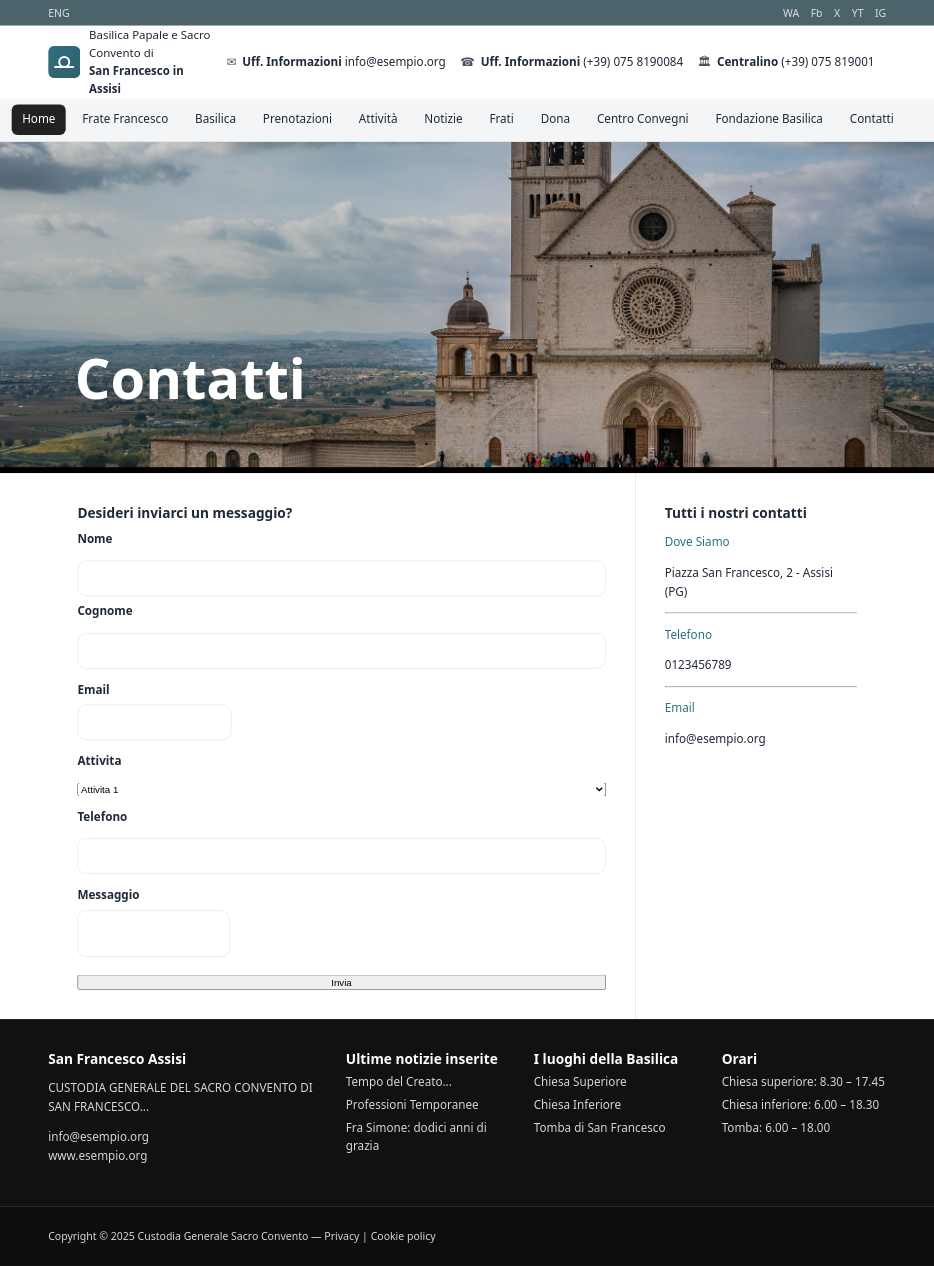
Repository: leacappello/basilica-platform-project
Page: pages/contatti.html
The author's editor kept a copy of each file at every save. The page is drawn from the files as they stood at one save, then again after the next save.
The browser window is 1280 px wide. The pictures show the whole page, at 73% of full size.

Above is the page before, as saved 2025-09-17 09:52:46.
Console error (its wording comes from the project's code and is left out).

### pages/contatti.html
<!DOCTYPE html>
<html lang="it" class="no-js">

<head>
    <meta charset="utf-8" />
    <meta name="viewport" content="width=device-width, initial-scale=1" />
    <meta name="description"
        content="Basilica — Portale gemello (look & feel dimostrativo, contenuti e immagini originali)">
    <title>Basilica — Progetto gemello</title>

    <!-- Foglio di stile principale -->
    <link rel="stylesheet" href="../assets/styles.css" />

    <!-- Se JS è attivo, rimuoviamo la classe .no-js (utile per fallback menu) -->
    <script>document.documentElement.classList.remove('no-js');</script>
</head>

<body>

    <!-- ======================================================================
       TOPBAR: lingua + social (banda superiore sottile)
       ====================================================================== -->
    <div class="topbar">
        <div class="container topbar__inner">
            <div class="topbar__lang">
                <a href="#" aria-label="Versione in inglese">ENG</a>
            </div>
            <div class="topbar__social" aria-label="Social">
                <a href="#" aria-label="WhatsApp" title="WhatsApp">WA</a>
                <a href="#" aria-label="Facebook" title="Facebook">Fb</a>
                <a href="#" aria-label="X" title="X">X</a>
                <a href="#" aria-label="YouTube" title="YouTube">YT</a>
                <a href="#" aria-label="Instagram" title="Instagram">IG</a>
            </div>
        </div>
    </div>

    <!-- ======================================================================
       HEADER (masthead): logo + contatti rapidi + hamburger mobile
       Sticky con nav principale subito sotto
       ====================================================================== -->
    <header class="masthead">
        <div class="container masthead__inner">
            <!-- BRAND: logo + denominazione (il logo è decorativo; il nome è testuale) -->
            <a class="brand" href="#home" aria-label="Vai alla Home">
                <img src="images/logo.svg" alt="" class="brand__logo" aria-hidden="true" />
                <span class="brand__name">
                    Basilica Papale e Sacro Convento di<br />
                    <strong>San Francesco in Assisi</strong>
                </span>
            </a>

            <!-- CONTATTI RAPIDI: tre blocchi -->
            <ul class="masthead__contacts" aria-label="Contatti rapidi">
                <li>
                    <span class="ic" aria-hidden="true">✉</span>
                    <div>
                        <strong>Uff. Informazioni</strong>
                        <a href="mailto:info@esempio.org">info@esempio.org</a>
                    </div>
                </li>
                <li>
                    <span class="ic" aria-hidden="true">☎</span>
                    <div>
                        <strong>Uff. Informazioni</strong>
                        <a href="tel:+390758190084">(+39) 075 8190084</a>
                    </div>
                </li>
                <li>
                    <span class="ic" aria-hidden="true">🏛</span>
                    <div>
                        <strong>Centralino</strong>
                        <a href="tel:+39075819001">(+39) 075 819001</a>
                    </div>
                </li>
            </ul>

            <!-- HAMBURGER per mobile -->
            <button id="menu-button" class="menu-button" aria-controls="primary-nav" aria-expanded="false">
                <span class="sr-only">Apri/chiudi menu</span>
                <span aria-hidden="true" class="menu-icon"></span>
            </button>
        </div>

        <!-- NAV PRINCIPALE (mega-nav semplificato con sottomenù a tendina) -->
        <nav id="primary-nav" class="nav" aria-label="Navigazione principale">
            <ul class="nav__root">
                <li class="is-active"><a href="#home">Home</a></li>

                <li class="has-sub">
                    <a href="#frate">Frate Francesco</a>
                    <ul class="nav__sub">
                        <li><a href="#">Storia di un santo</a></li>
                        <li><a href="#">Scritti</a></li>
                    </ul>
                </li>

                <li class="has-sub">
                    <a href="#basilica">Basilica</a>
                    <ul class="nav__sub">
                        <li><a href="#">Chiesa superiore</a></li>
                        <li><a href="#">Chiesa inferiore</a></li>
                        <li><a href="#">Cripta</a></li>
                    </ul>
                </li>

                <li class="has-sub">
                    <a href="#prenotazioni">Prenotazioni</a>
                    <ul class="nav__sub">
                        <li><a href="#">Visite individuali</a></li>
                        <li><a href="#">Gruppi</a></li>
                    </ul>
                </li>

                <li class="has-sub">
                    <a href="#attivita">Attività</a>
                    <ul class="nav__sub">
                        <li><a href="#">Pastorale</a></li>
                        <li><a href="#">Cultura</a></li>
                    </ul>
                </li>

                <li><a href="#notizie">Notizie</a></li>

                <li class="has-sub">
                    <a href="#frati">Frati</a>
                    <ul class="nav__sub">
                        <li><a href="#">Comunità</a></li>
                    </ul>
                </li>

                <li class="has-sub">
                    <a href="#dona">Dona</a>
                    <ul class="nav__sub">
                        <li><a href="#">Come donare</a></li>
                    </ul>
                </li>

                <li><a href="#centro">Centro Convegni</a></li>
                <li><a href="#fondazione">Fondazione Basilica</a></li>
                <li><a href="#contatti">Contatti</a></li>
            </ul>
        </nav>
    </header>

    <!-- ======================================================================
       HERO: slider immagini + titolo
       ====================================================================== -->
    <div class="main-content">

        <section id="home" class="hero" aria-label="Sezione introduttiva">
            <div class="hero__slides">
                <figure class="hero__slide is-active">
                    <img src="../images/hero-1.jpg" alt="Affreschi della Basilica" loading="eager">
                    <figcaption>
                        <h1>Contatti <span class="accent">
                            </span></h1>
                    </figcaption>
                </figure>
            </div>
        </section>
       <!-- sezione contatti -->
        <section>
            <div class="container">
                <div class="container-col">
                    <!-- form contaatti -->
                    <div class="container-form">
                        <h3>Desideri inviarci un messaggio?</h3>
                        <form class="form-container">
                            <!-- nome -->
                            <div class="column">
                                <label for="nome">Nome</label>
                                <input type="text" id="nome" name="nome">

                                <label for="cognome">Cognome</label>
                                <input type="text" id="cognome" name="cognome">
                            </div>
                            <!-- email -->
                                                        <div>
                                <label for="email">Email</label>
                                <input type="email" id="email" name="email">
                            </div>
                            <!-- select con attività -->
                            <div class="column">
                                <label for="attivita">Attivita</label>
                                <select id="attivita" name="attivita">
                                    <option value="attivita1">Attivita 1</option>
                                    <option value="attivita2">Attivita 2</option>
                                    <option value="attivita3">Attivita 3</option>
                                </select>
                            </div>
                            <!-- telefono -->
                           <div class="column">
                                <label for="telefono">Telefono</label>
                                <input type="tel" id="telefono" name="telefono">
                            </div>
                            <div>
                                <label for="messaggio">Messaggio</label>
                                <textarea id="messaggio" name="messaggio"></textarea>
                            </div>

                            <button type="submit">Invia</button>
                        </form>
                    </div>
                    <!-- informazioni varie -->
                    <div class="container-info">
                        <h3>Tutti i nostri contatti</h3>
                        <p class="accent">Dove Siamo</p>
                        <p>Piazza San Francesco, 2 - Assisi (PG)</p>
                        <hr>
                        <p class="accent">Telefono</p>
                        <p>0123456789</p>
                        <hr>
                        <p class="accent">Email</p>
                        <p>info@esempio.org</p>
                    </div>
                </div>
            </div>
        </section>
       <!-- sezione contatti -->
    </div>


    <!-- ======================================================================
       FOOTER “mega”: 4 colonne + riga legale con anno dinamico
       ====================================================================== -->
    <footer class="site-footer" role="contentinfo">
        <div class="container footer__grid">
            <section>
                <h3 class="footer__title">San Francesco Assisi</h3>
                <p>CUSTODIA GENERALE DEL SACRO CONVENTO DI SAN FRANCESCO...</p>
                <p>
                    <a href="mailto:info@esempio.org">info@esempio.org</a><br>
                    <a href="https://www.esempio.org">www.esempio.org</a>
                </p>
            </section>

            <section>
                <h3 class="footer__title">Ultime notizie inserite</h3>
                <ul class="footer__list">
                    <li><a href="#">Tempo del Creato...</a></li>
                    <li><a href="#">Professioni Temporanee</a></li>
                    <li><a href="#">Fra Simone: dodici anni di grazia</a></li>
                </ul>
            </section>

            <section>
                <h3 class="footer__title">I luoghi della Basilica</h3>
                <ul class="footer__list">
                    <li><a href="#">Chiesa Superiore</a></li>
                    <li><a href="#">Chiesa Inferiore</a></li>
                    <li><a href="#">Tomba di San Francesco</a></li>
                </ul>
            </section>

            <section>
                <h3 class="footer__title">Orari</h3>
                <ul class="footer__list">
                    <li>Chiesa superiore: 8.30 – 17.45</li>
                    <li>Chiesa inferiore: 6.00 – 18.30</li>
                    <li>Tomba: 6.00 – 18.00</li>
                </ul>
            </section>
        </div>

        <div class="footer__legal">
            <div class="container">
                <p>Copyright © <span id="year"></span> Custodia Generale Sacro Convento — <a href="#">Privacy</a> | <a
                        href="#">Cookie policy</a></p>
            </div>
        </div>
    </footer>

    <!-- Script frontend: toggle menu, slider, evidenziazione link, anno -->
    <script src="../assets/script.js"></script>
</body>

</html>

### assets/styles.css
/* ==========================================================================
   STILE PRINCIPALE — Basilica Twin (frontend fedele, leggero, accessibile)
   - Palette teal/slate ispirata
   - Layout con Grid/Flex, breakpoint tablet/mobile
   - Componenti: topbar, masthead, nav con sottomenù, hero+cards, eventi,
                 cards notizie, stats overlay, footer mega
   ========================================================================== */

/* ============== Token / Reset ============== */
:root{
  --bg:#ffffff; --fg:#1f2937; --muted:#6b7280;
  --brand:#3b5961;
  --brand-700:#2f474e;
  --accent:#315f6b;
  --surface:#f5f7f9;
  --border:#e5e7eb;

  --container:1180px;
  --radius:12px;
  --shadow:0 8px 24px rgba(0,0,0,.12);

  --space-2:.5rem; --space-3:.75rem; --space-4:1rem;
  --space-6:1.5rem; --space-8:2rem; --space-10:2.5rem;

  --fs-sm:.9rem; --fs-base:1rem; --fs-lg:1.125rem;
  --fs-xl:1.5rem; --fs-2xl:2rem; --lh:1.6;

  --header-h:64px;
}

*{box-sizing:border-box}
html,body{margin:0}
body{
  font:400 var(--fs-base)/var(--lh) ui-sans-serif,system-ui,-apple-system,"Segoe UI",Roboto,Arial;
  color:var(--fg); background:var(--bg);
}
h1,h2,h3{margin:.25rem 0 var(--space-3); line-height:1.2}
h1{font-size:clamp(2rem,5vw,3rem)}
h2{font-size:clamp(1.5rem,3.5vw,2.25rem)}
a{color:inherit; text-decoration:none}
a:hover{text-decoration:underline}
.muted{color:var(--muted)}
.accent{color:#2f6f80}

.container{max-width:var(--container);margin-inline:auto;padding-inline:var(--space-4)}
.section{padding-block:var(--space-10)}
.sr-only{position:absolute;width:1px;height:1px;overflow:hidden;clip:rect(0,0,0,0);white-space:nowrap}

/* ============== Topbar ============== */
.topbar{background:#4b636b;color:#e6eef1;font-size:var(--fs-sm)}
.topbar__inner{display:flex;justify-content:space-between;align-items:center;padding-block:6px}
.topbar a{color:#e6eef1;opacity:.9}
.topbar a:hover{opacity:1}
.topbar__social a{margin-left:12px}

/* ============== Masthead (logo+contatti+hamburger) ============== */
.masthead{background:#fff;border-bottom:1px solid var(--border);position:sticky;top:0;z-index:30}
.masthead__inner{
  display:grid;grid-template-columns:1fr auto auto;gap:1rem;align-items:center;min-height:var(--header-h)
}
.brand{display:flex;align-items:center;gap:.75rem;text-decoration:none}
.brand__logo{width:44px;height:44px;object-fit:contain}
.brand__name{font-size:.98rem}
.masthead__contacts{list-style:none;display:flex;gap:1.25rem;margin:0;padding:0}
.masthead__contacts li{display:flex;gap:.5rem;align-items:center}
.ic{font-style:normal;opacity:.8}

/* Hamburger (mobile only) */
.menu-button{display:none;background:transparent;border:0;cursor:pointer}
.menu-icon{width:24px;height:2px;background:var(--fg);display:inline-block;position:relative}
.menu-icon::before,.menu-icon::after{content:"";position:absolute;left:0;width:24px;height:2px;background:var(--fg)}
.menu-icon::before{top:-6px}.menu-icon::after{top:6px}

/* ============== Nav (root + submenu) ============== */
.nav{background:#f3f5f6}
.nav__root{display:flex;gap:.5rem;list-style:none;margin:0;padding:.5rem var(--space-4)}
.nav__root>li>a{display:block;padding:.5rem .9rem;border-radius:8px}
.nav__root>li.is-active>a{background:#222;color:#fff}
.nav a[aria-current="page"]{background:#222;color:#fff;border-radius:8px}

/* Sottomenù desktop (hover) */
.has-sub{position:relative}
.has-sub>.nav__sub{
  display:none;position:absolute;left:0;top:calc(100% + 6px);
  min-width:240px;background:#fff;border:1px solid var(--border);
  border-radius:10px;box-shadow:var(--shadow);padding:.5rem
}
.has-sub:hover>.nav__sub{display:block}
.nav__sub{list-style:none;margin:0}
.nav__sub a{display:block;padding:.5rem .75rem;border-radius:6px}
.nav__sub a:hover{background:#f7f7f9}

/* ============== Hero (slider + overlay cards) ============== */
.hero{position:relative;background:#000;color:#fff}
.hero__slides{position:relative;overflow:hidden}
.hero__slide{display:none;margin:0}
.hero__slide.is-active{display:block}
.hero__slide img{width:100%;height:62vh;min-height:420px;object-fit:cover;opacity:.9}
.hero__slide figcaption{position:absolute;left:8%;bottom:16%;max-width:700px}
.hero__slide h1{font-size:clamp(2.5rem,6vw,5rem);font-weight:600}
.pill{
  display:inline-block;margin-top:.75rem;padding:.45rem .9rem;
  background:rgba(255,255,255,.18);border-radius:999px;color:#e9f1f3;font-size:1.25rem
}

/* Controlli slider */
.hero__ctrl{
  position:absolute;top:50%;transform:translateY(-50%);
  background:rgba(0,0,0,.35);color:#fff;border:0;border-radius:999px;
  width:40px;height:40px;cursor:pointer
}
.hero__ctrl.prev{left:14px}
.hero__ctrl.next{right:14px}

/* Overlay 4 card */
.hero__overlay{position:relative}
.hero__cards{
  display:grid;grid-template-columns:repeat(4,1fr);gap:1rem;margin-top:-70px
}
.card{
  background:#526e76;color:#ecf1f3;padding:1.1rem;border-radius:14px;box-shadow:var(--shadow)
}
.card h3{margin:.1rem 0 .35rem}
.card .btn{margin-top:.5rem}

/* ============== Buttons ============== */
.btn{
  display:inline-block;font-weight:600;border:0;border-radius:10px;
  padding:.65rem 1rem;cursor:pointer;text-decoration:none
}
.btn--primary{background:var(--brand);color:#fff}
.btn--primary:hover{background:var(--brand-700)}
.btn--ghost{background:transparent;color:#fff;border:1px solid rgba(255,255,255,.7)}
.btn--ghost:hover{background:rgba(255,255,255,.12)}

/* ============== Eventi a 2 colonne ============== */
.grid-2{display:grid;grid-template-columns:2fr 1.2fr;gap:2rem}
.eyebrow{color:var(--muted);letter-spacing:.06em;text-transform:uppercase;font-size:.85rem}
.media img{width:100%;border-radius:12px}

.events{list-style:none;margin:0;padding:0;display:grid;gap:1rem}
.events li{
  display:grid;grid-template-columns:70px 1fr;gap:1rem;align-items:start;
  border-bottom:1px solid var(--border);padding-bottom:1rem
}
.date{
  width:70px;background:#315f6b;color:#fff;border-radius:8px;
  display:grid;place-items:center;padding:.35rem 0
}
.date span{font-size:1.4rem;font-weight:700;line-height:1}
.date small{opacity:.8}

/* ============== Cards 3 (notizie/progetti) ============== */
.cards-3{display:grid;grid-template-columns:repeat(3,1fr);gap:1.2rem}
.post{
  background:#fff;border:1px solid var(--border);border-radius:12px;
  overflow:hidden;display:flex;flex-direction:column
}
.post img{width:100%;aspect-ratio:16/9;object-fit:cover}
.post__body{padding:1rem;display:grid;gap:.5rem}
.badge{
  display:inline-flex;align-items:center;gap:.5rem;background:#e6eef1;
  border-radius:8px;padding:.25rem .5rem;color:#2f4f59;font-weight:700
}
.post__title{font-weight:700;text-decoration:none}
.readmore{font-weight:600;color:var(--accent);text-decoration:none}

/* ============== Stats (background con overlay scuro fisso) ============== */
.stats{
  background:url('../images/hero-1.jpg') center/cover no-repeat fixed;
  position:relative;color:#e9eef1
}
.stats::before{content:"";position:absolute;inset:0;background:rgba(22,32,41,.65)}
.stats__grid{
  position:relative;display:grid;grid-template-columns:repeat(4,1fr);
  gap:2rem;padding-block:3rem
}
.stats__grid .n{font-size:2.25rem;font-weight:800}

/* ============== Footer “mega” ============== */
.site-footer{background:#111;color:#d6d6d6}
.footer__grid{display:grid;grid-template-columns:2fr 1.2fr 1.2fr 1.2fr;gap:2rem;padding-block:2.5rem}
.footer__title{color:#fff;margin-bottom:.5rem}
.footer__list{list-style:none;margin:0;padding:0;display:grid;gap:.35rem}
.footer__legal{border-top:1px solid #333;background:#0d0d0d;font-size:.9rem}
.footer__legal .container{padding-block:.9rem}
.center{text-align:center}
.mt-4{margin-top:var(--space-4)}

/* ============== Responsive ============== */
@media (max-width: 1024px){
  .masthead__inner{grid-template-columns:1fr auto auto}
  .hero__cards{grid-template-columns:repeat(2,1fr);margin-top:-50px}
  .grid-2{grid-template-columns:1fr}
  .cards-3{grid-template-columns:1fr 1fr}
}
@media (max-width: 768px){
  .masthead__contacts{display:none}
  .menu-button{display:inline-block}
  .nav{display:none}
  .nav[data-open="true"]{display:block}
  .nav__root{flex-direction:column}
  .hero__cards{grid-template-columns:1fr;margin-top:-30px}
  .cards-3{grid-template-columns:1fr}
  .stats__grid{grid-template-columns:1fr 1fr}
}
@media (max-width: 480px){
  .stats__grid{grid-template-columns:1fr}
}

/* ============== No-JS fallback ============== */
.no-js .nav{display:block}

/* ============== Tabella Orari ============== */
.tabella-orari{
  width:100%;
  border-collapse:collapse;
}
.orari th,.orari td{
  padding:.5rem;
  border-bottom:1px solid var(--border);
  text-align: left;
}

.titolo-orari{
  margin-top: 30px; font-size: 1.5rem;
  margin-bottom:.5rem;
  border-bottom:1px solid var(--border);
  padding-bottom:.5rem
}
/* ============== Tabella Orari ============== */


/* ============== contatti ============== */
.container-col{
  display:flex;
}
.container-form{
  width: 70%;
  padding: var(--space-10);
}
.container-info{
  width: 30%;
  padding: var(--space-10);
  border-left: 1px solid var(--border);
}

form{
  display:flex;
  flex-direction: column;
  gap: var(--space-4);
}

input, textarea{
  padding: var(--space-4);
  border-radius: var(--radius);
  border: 1px solid var(--border);
  resize: none;
}

input[type="submit"]{
  background-color: var(--accent);
  color: #fff;
  cursor: pointer;
}

label{
  display: block;
  font-weight: 600;
  margin-bottom: var(--space-2);
  }

.form-container {
  display: flex;
  flex-direction: column; /* Organizza gli elementi in colonna */
  gap: 1rem; /* Aggiunge spazio tra gli elementi */
  width: 100%; /* Assicura che il contenitore occupi tutta la larghezza disponibile */
}

.column {
  flex: 1; /* Fa sì che le colonne occupino uno spazio uguale */
  display: flex; /* Per permettere il posizionamento dei campi all'interno della colonna */
  flex-direction: column;
  gap: 0.5rem; /* Spazio tra i campi all'interno della colonna */
}

/* ============== contatti ============== */

Loaded but not shown: assets/script.js (113 lines, source omitted)

After the next save:
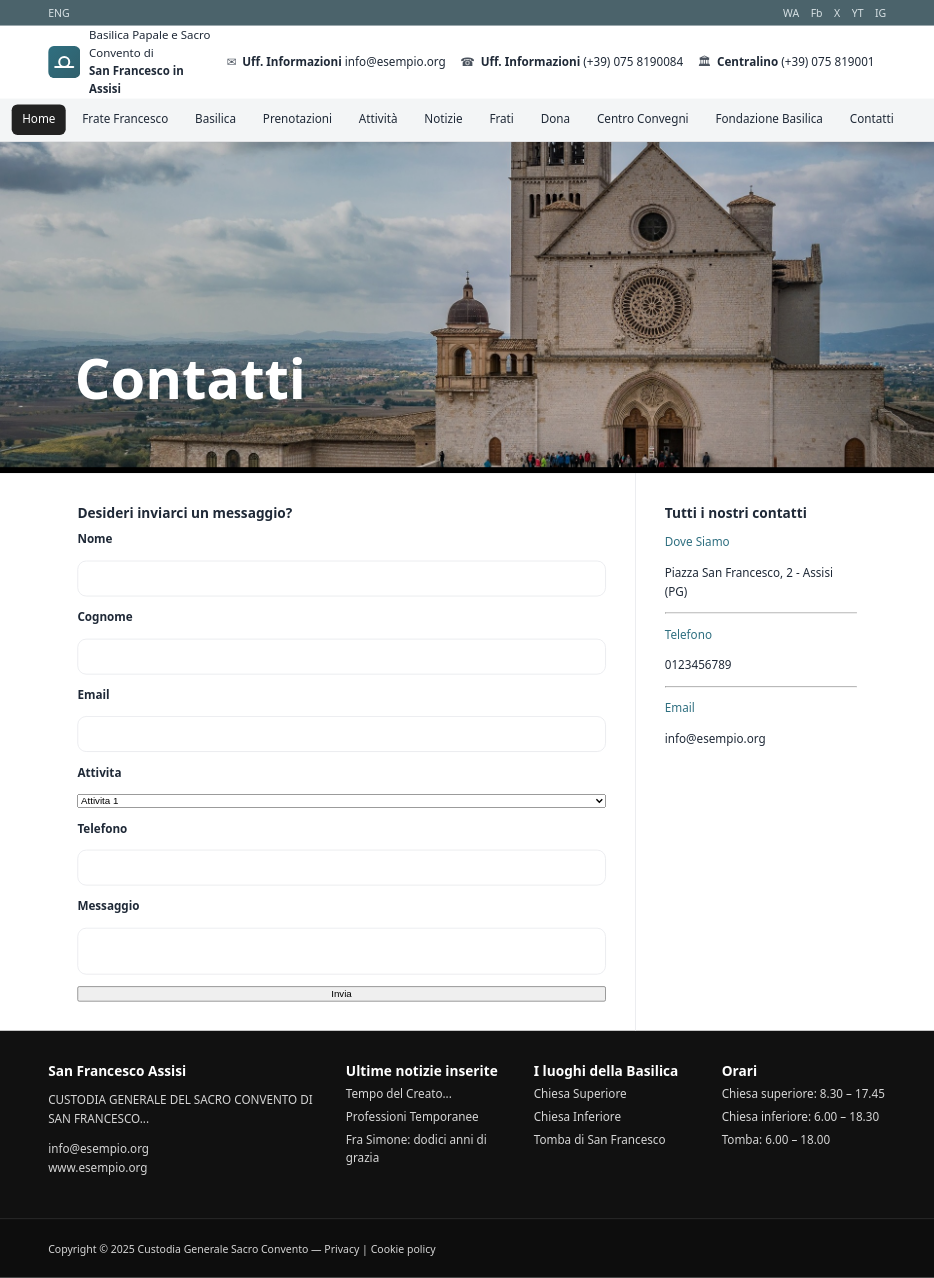
Saved 23 s later.
--- a/pages/contatti.html
+++ b/pages/contatti.html
@@ -171,12 +171,14 @@
                             <div class="column">
                                 <label for="nome">Nome</label>
                                 <input type="text" id="nome" name="nome">
-
+                            </div>
+                            <!-- cognome -->
+                            <div class="column">
                                 <label for="cognome">Cognome</label>
                                 <input type="text" id="cognome" name="cognome">
                             </div>
                             <!-- email -->
-                                                        <div>
+                            <div class="column">
                                 <label for="email">Email</label>
                                 <input type="email" id="email" name="email">
                             </div>
@@ -194,7 +196,7 @@
                                 <label for="telefono">Telefono</label>
                                 <input type="tel" id="telefono" name="telefono">
                             </div>
-                            <div>
+                            <div class="column">
                                 <label for="messaggio">Messaggio</label>
                                 <textarea id="messaggio" name="messaggio"></textarea>
                             </div>
